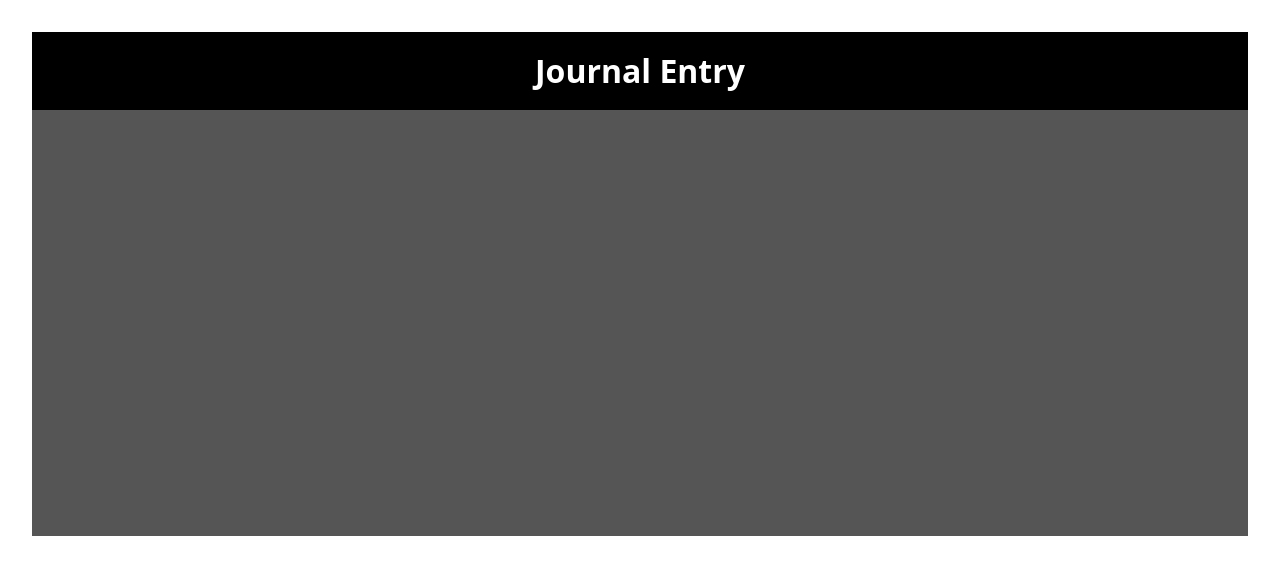
Repository: kestermbah/ai-journal
Page: /
These files come from the project's save history. The page is drawn as it stood at one moment and after the next save; the edit follows.
The browser window is 1280 px wide. The pictures show the whole page.
The project was rebuilt for these pictures with package versions that can differ from the ones it lists, and the page was loaded fresh each time. Also part of the build but not shown: vite.config.ts, src/index.css.

Above is the page before, as saved 2024-12-24 20:44:19.

### src/App.tsx
import "./App.css";
import "bootstrap/dist/css/bootstrap.min.css";
import Journal from "./components/Journal";

function App() {
  return (
    <div>
      <Journal />
    </div>
  );
}

export default App;

### src/components/Journal.tsx
import "./Journal.css";

const Journal = () => {
  return (
    <div className="Journal">
      <h1 className="Title">Journal Entry</h1>
    </div>
  );
};
export default Journal;

### src/components/Journal.css
.Title{
    color : white;
    font-size: 2rem;
    font-weight: bold;
    margin-bottom: 1rem;
    background-color: black;
    padding: 20px;
}

.Journal {
    min-height: 70vh;
    background-color: rgba(0, 0, 0, 0.665);

}

Loaded but not shown: index.html (common file); src/main.tsx (common file); src/App.css (common file)

After the next save:
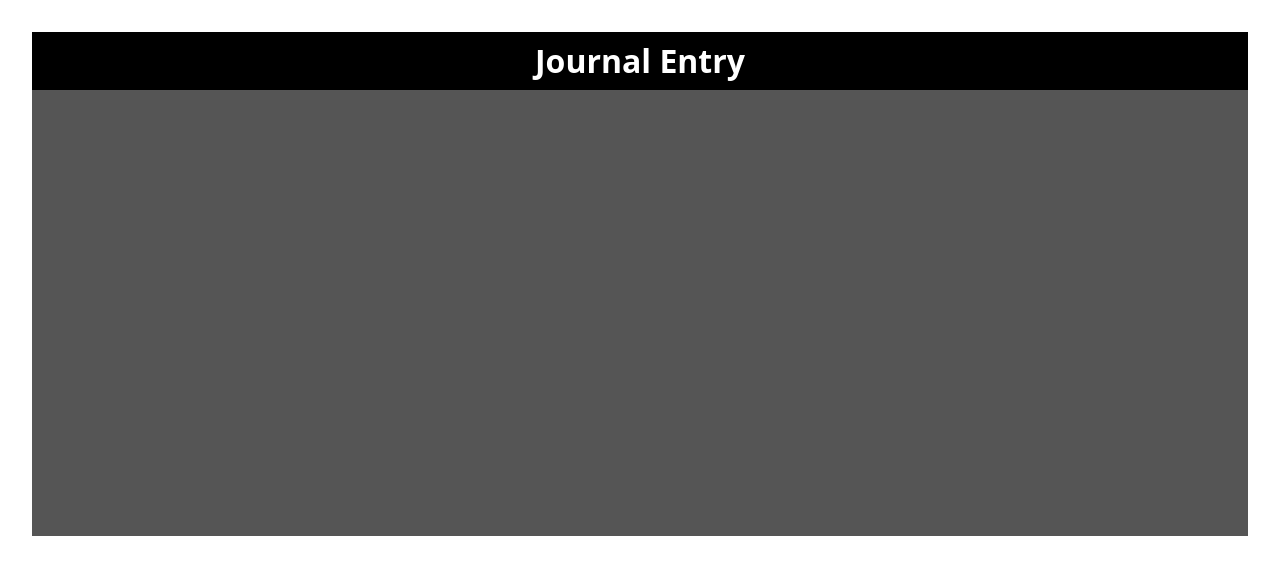
Saved 30 s later.
--- a/src/components/Journal.css
+++ b/src/components/Journal.css
@@ -4,7 +4,7 @@
     font-weight: bold;
     margin-bottom: 1rem;
     background-color: black;
-    padding: 20px;
+    padding: 10px;
 }
 
 .Journal {
